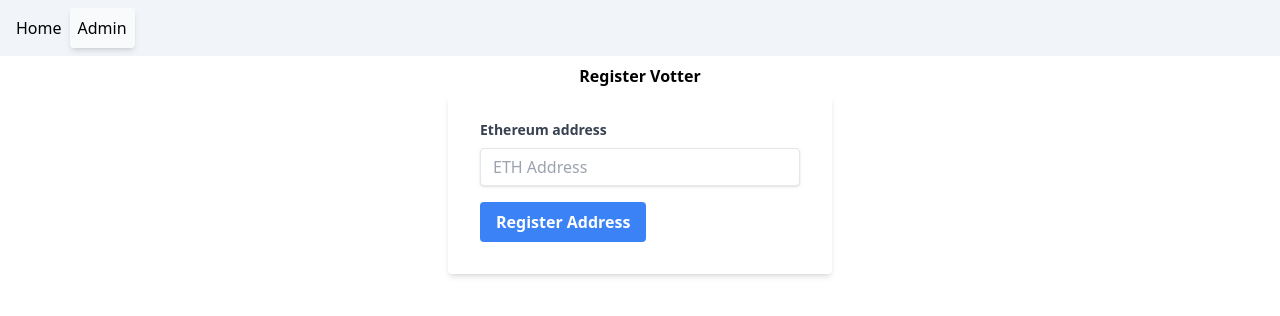
Repository: mavidev93/votting-app
Page: /admin
The author's editor kept a copy of each file at every save. The page is drawn from the files as they stood at one save, then again after the next save.
The browser window is 1280 px wide. The pictures show the whole page.
The project was rebuilt for these pictures with package versions that can differ from the ones it lists, and the page was loaded fresh each time. Also part of the build but not shown: src/Components/ProposalsBoard/ProposalsBoard.tsx, src/Components/SendProposal/SendProposal.tsx, src/pages/Home/Home.tsx.

Above is the page before, as saved 2022-02-26 18:17:57.

After the next save:
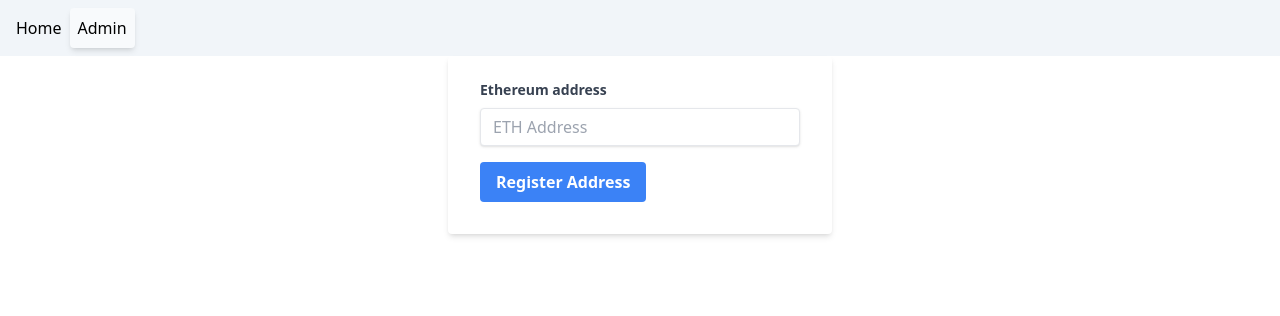
Saved 2 min 14 s later.
--- a/src/pages/Admin/Admin.tsx
+++ b/src/pages/Admin/Admin.tsx
@@ -4,7 +4,6 @@ import RegisterUser from "../../Components/RegisterUser/RegisterUser";
 function Admin() {
   return (
     <>
-      <h3 className="text-center my-2 font-semibold	">Register Votter</h3>
       <RegisterUser />
     </>
   );
